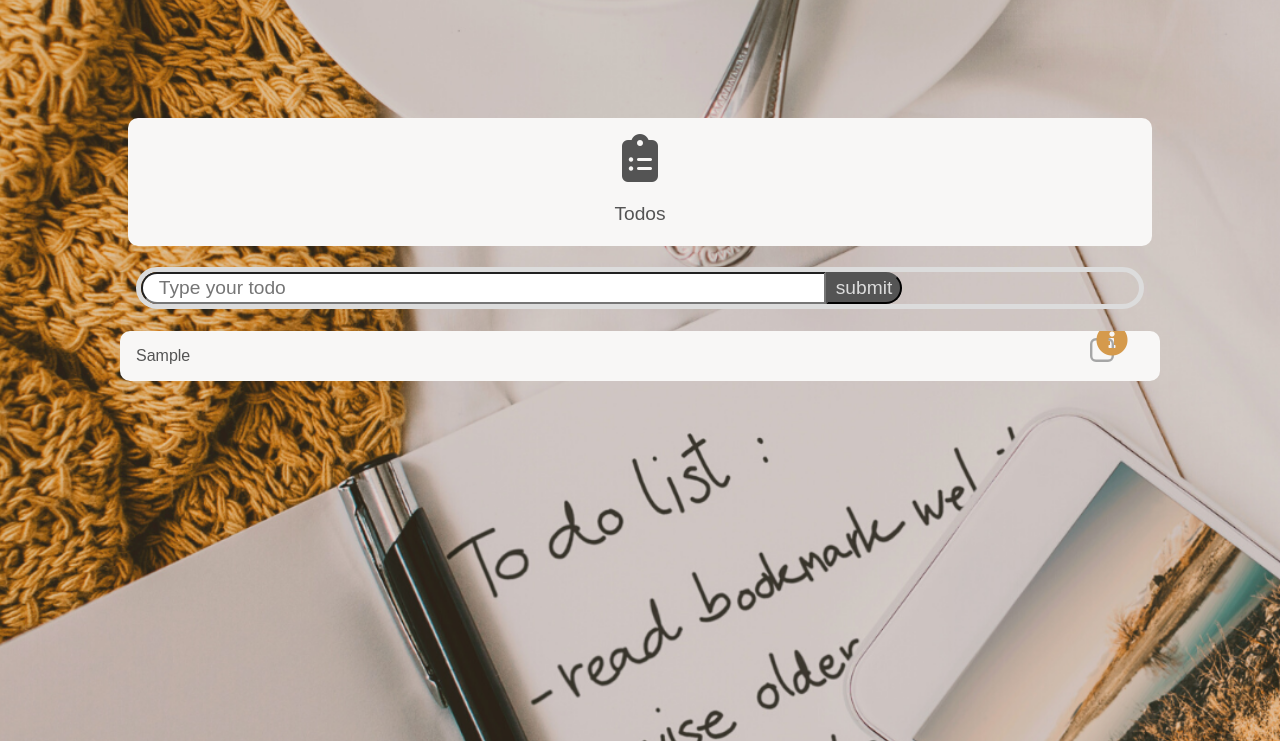
Repository: ShindanoSingi/My-Channel-Videos
Page: index.html
An editor plug-in stored every save of this project. The page is shown before and after the next save, followed by the edit.
The browser window is 1280 px wide. The pictures show the whole page.
Empty fields were first filled with sample values (such as "Sample", 5 or name@example.com).
After loading, the first visible `#submit-button` was clicked once.
Some web libraries are served in a nearby version.

Above is the page before, as saved 2023-07-18 22:35:38.

After the next save:
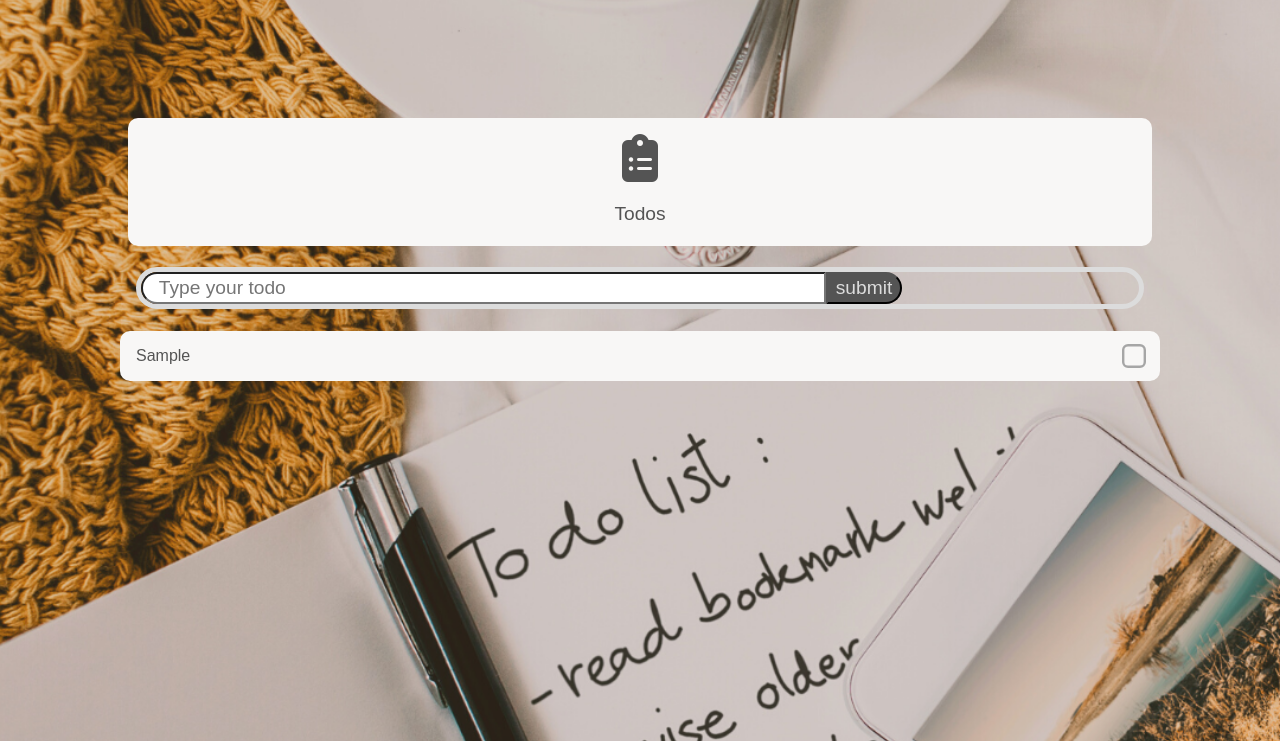
Saved 48 s later.
--- a/index.js
+++ b/index.js
@@ -23,7 +23,7 @@ button.addEventListener("click", function () {
     input.setAttribute("id", "checkbox");
 
     let i = document.createElement("i");
-    i.setAttribute("class", 'check-mark fas fa-info-circle');
+    i.setAttribute("class", 'check-mark GiCheckMark');
     i.setAttribute('id','check-mark');
 
     newDiv4.appendChild(input);
